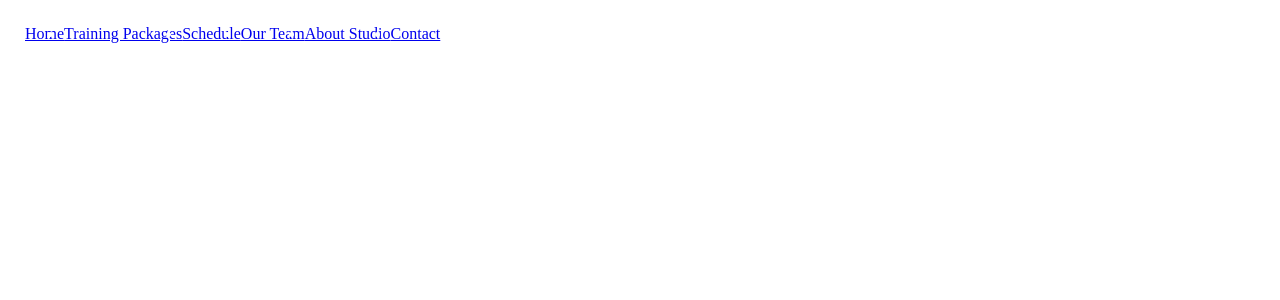
Repository: MujtabaHabib/muscle-memory-website
Page: index.html
These files come from the project's save history. The page is drawn as it stood at one moment and after the next save; the edit follows.
The browser window is 1280 px wide. The pictures show the whole page.

Above is the page before, as saved 2026-01-26 03:27:02.

After the next save:
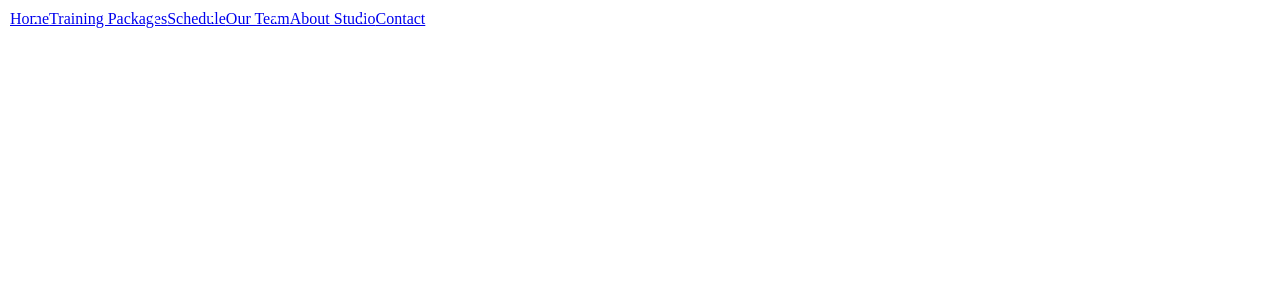
Saved 11 s later.
--- a/style.css
+++ b/style.css
@@ -7,6 +7,6 @@
 .list {
     display: flex;
     color: white;
-    padding: 15px;
+
     margin:10px;
 }

After the save that followed:
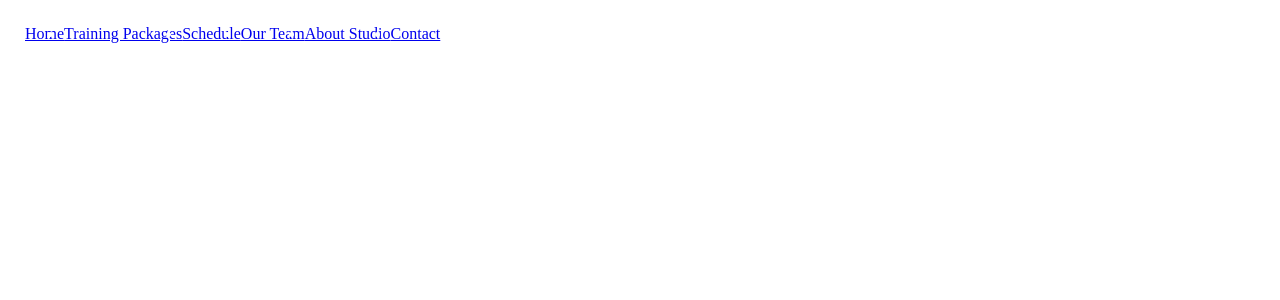
Saved 5 s later.
--- a/style.css
+++ b/style.css
@@ -7,6 +7,6 @@
 .list {
     display: flex;
     color: white;
-
+    padding: 15px;
     margin:10px;
 }
